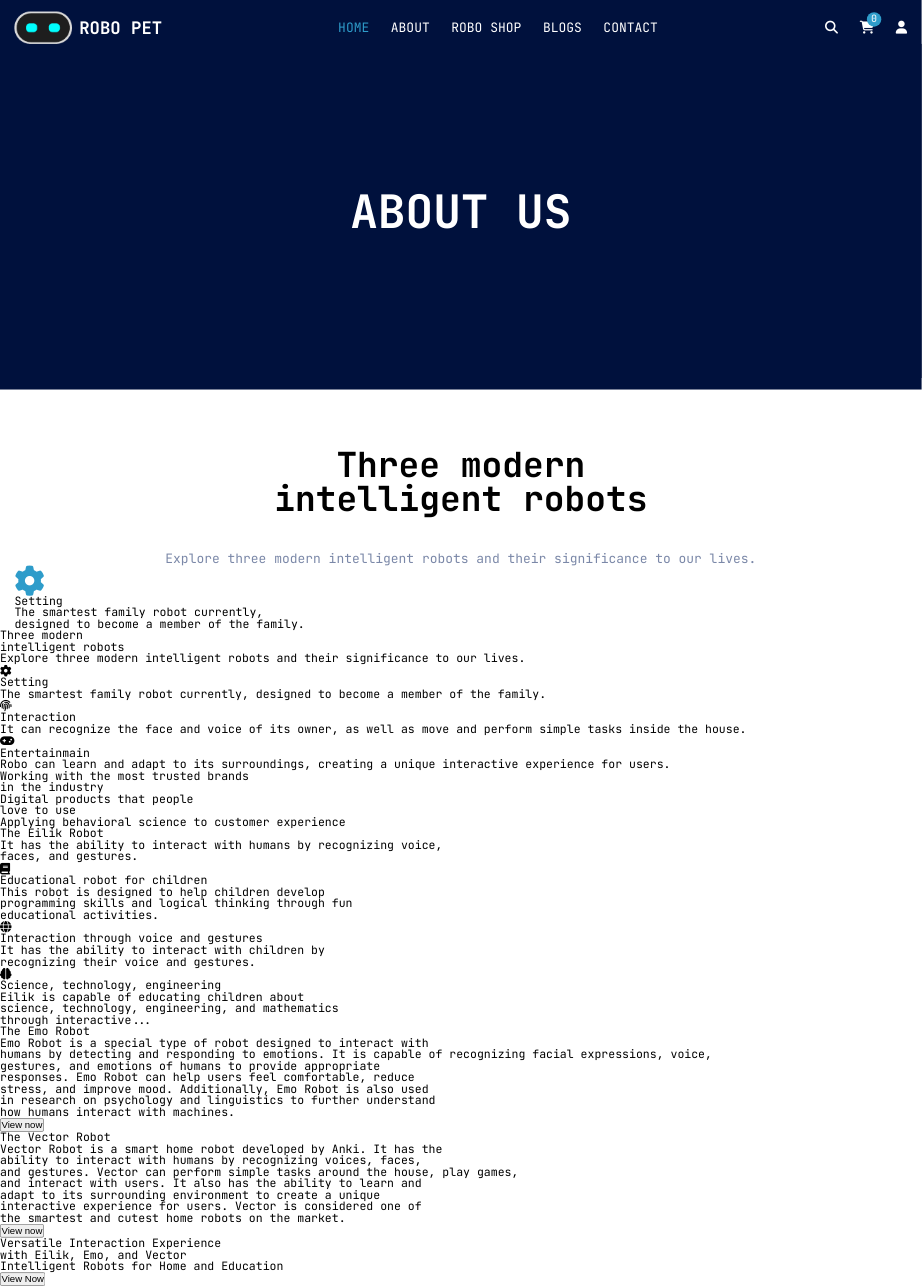
Repository: trietle101/du-an-1
Page: http://localhost/about.html
These files come from the project's save history. The page is drawn as it stood at one moment and after the next save; the edit follows.
The browser window is 1280 px wide. The pictures show the whole page, at 72% of full size.
Some web libraries are served in a nearby version. The page is run by PHP 8.4 with error messages shown; the project is at /var/www/html/.

Above is the page before, as saved 2023-03-12 22:30:58.

After the next save:
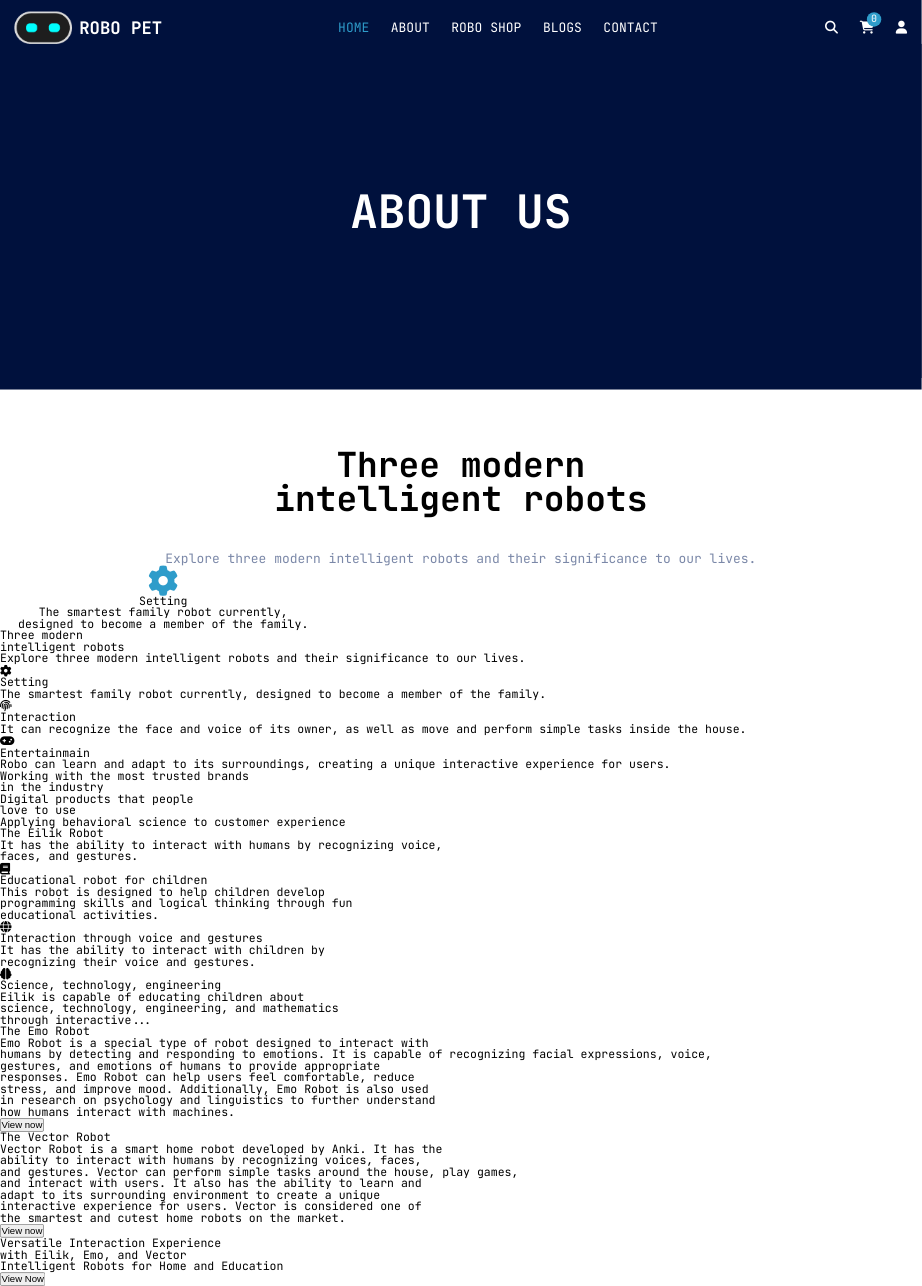
Saved 27 s later.
--- a/assets/css/about.css
+++ b/assets/css/about.css
@@ -149,5 +149,7 @@
 .modern-item i {
   font-size: 42px;
   color: var(--secondary-color);
+}
+.modern-center {
   text-align: center;
 }
